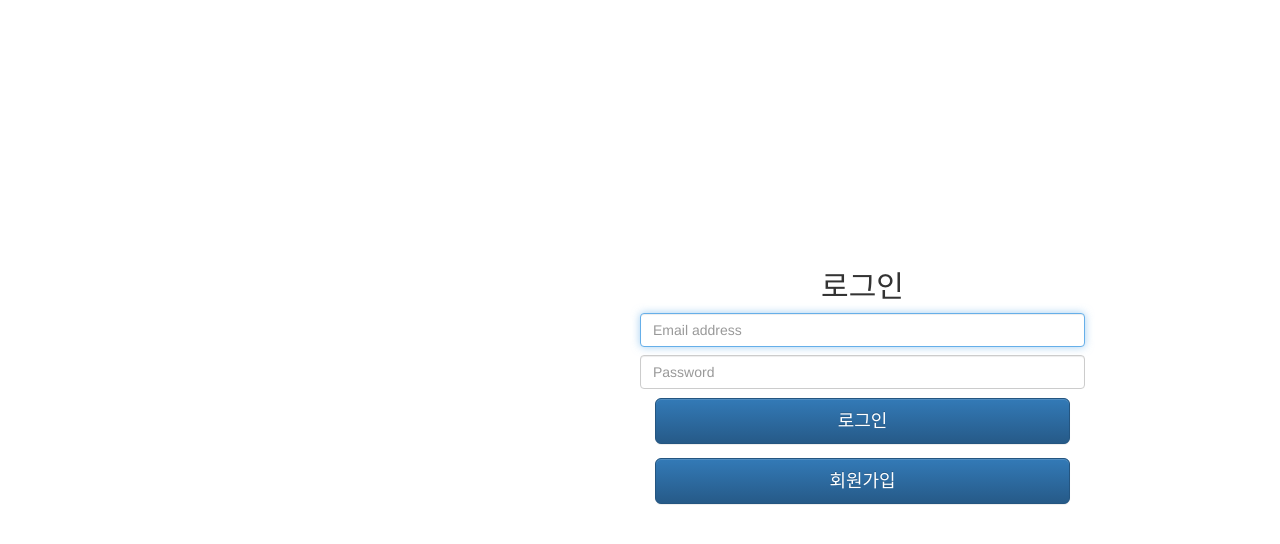
Repository: hrhwbp/Acorn-Final-Project
Page: http://localhost/final_project/index.jsp
An editor plug-in stored every save of this project. The page is shown before and after the next save, followed by the edit.
The browser window is 1280 px wide. The pictures show the whole page.
Some web libraries are served in a nearby version. The page is served by Tomcat 9. Nobody is signed in. The application's start-up code is not run.

Above is the page before, as saved 2016-10-26 03:58:25.

After the next save:
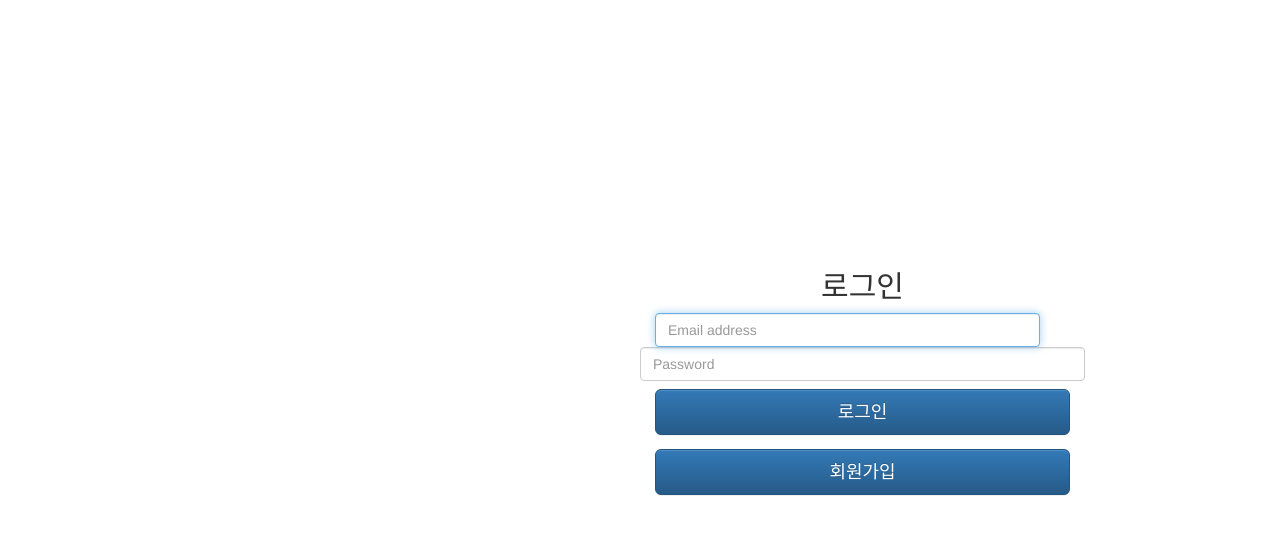
Saved 11 s later.
--- a/final_project/src/main/webapp/index.jsp
+++ b/final_project/src/main/webapp/index.jsp
@@ -32,7 +32,7 @@
 		<div class="row col-md-12">
 			<form class="form-signin">
 				<h2 class="form-signin-heading text-center">로그인</h2>
-				<div class="row">
+				<div class="row col-md-12">
 				<label for="inputEmail" class="sr-only">Email address</label>
 					<input
 					type="email" id="inputEmail" class="form-control"

After the save that followed:
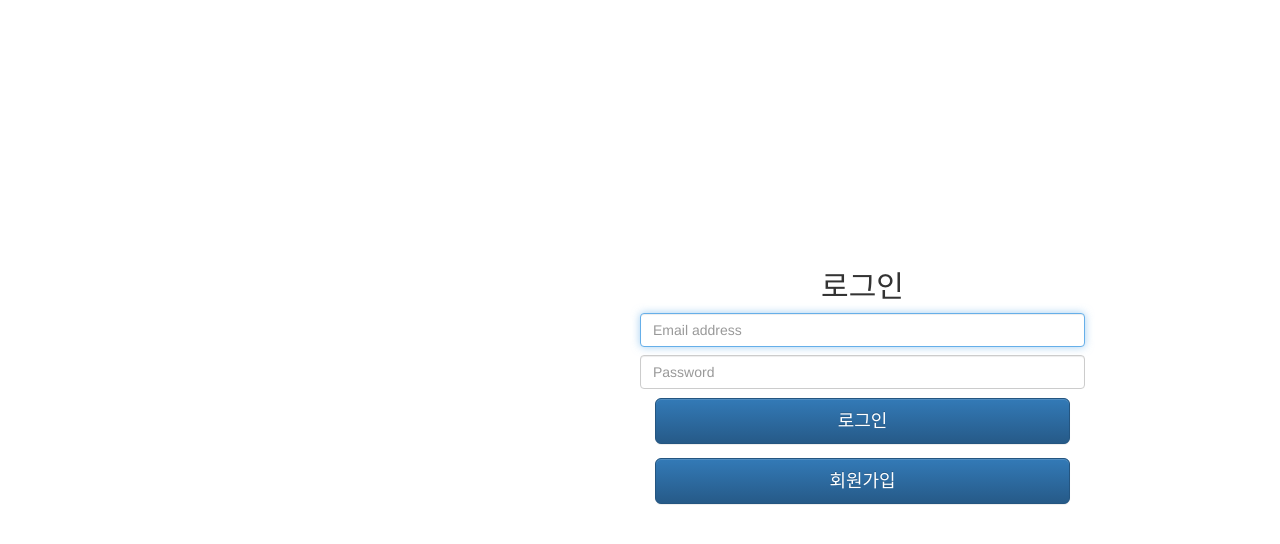
Saved 26 s later.
--- a/final_project/src/main/webapp/index.jsp
+++ b/final_project/src/main/webapp/index.jsp
@@ -32,7 +32,7 @@
 		<div class="row col-md-12">
 			<form class="form-signin">
 				<h2 class="form-signin-heading text-center">로그인</h2>
-				<div class="row col-md-12">
+				<div class="row">
 				<label for="inputEmail" class="sr-only">Email address</label>
 					<input
 					type="email" id="inputEmail" class="form-control"
